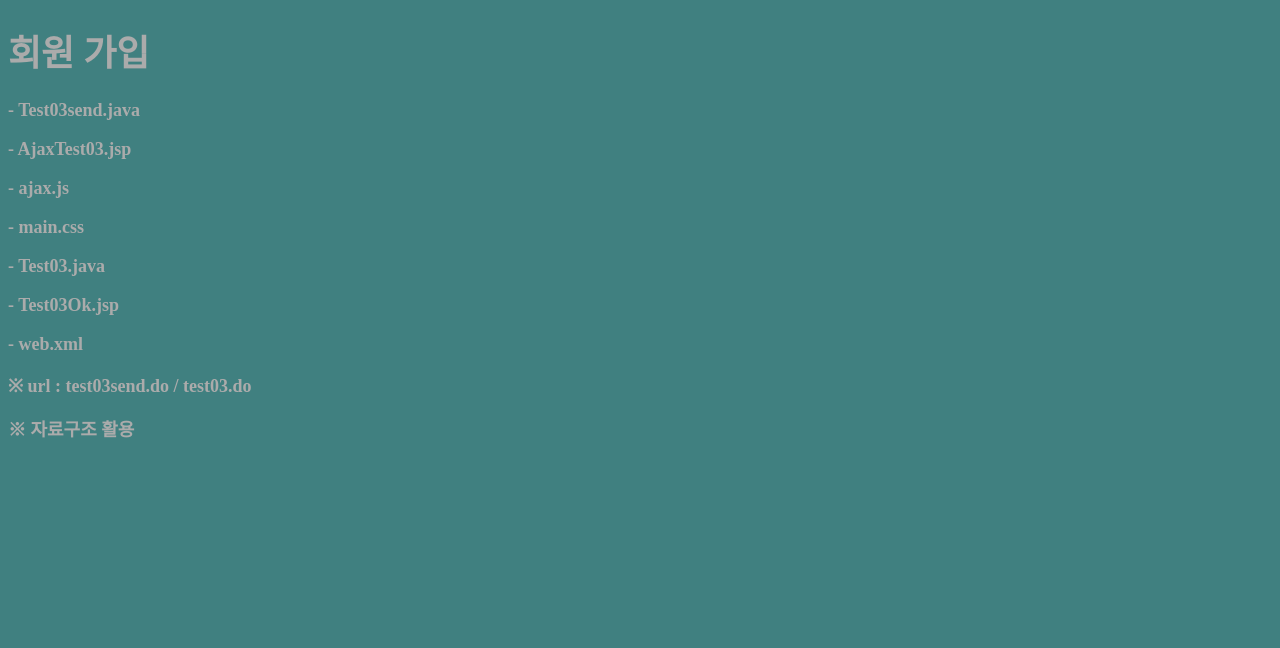
Repository: Umkimisstrong/UM_Webbb
Page: http://localhost/AjaxApp/AjaxTest03.jsp
These files come from the project's save history. The page is drawn as it stood at one moment and after the next save; the edit follows.
The browser window is 1280 px wide. The pictures show the whole page.
The page is served by Tomcat 9.

Above is the page before, as saved 2022-05-10 03:27:18.

After the next save:
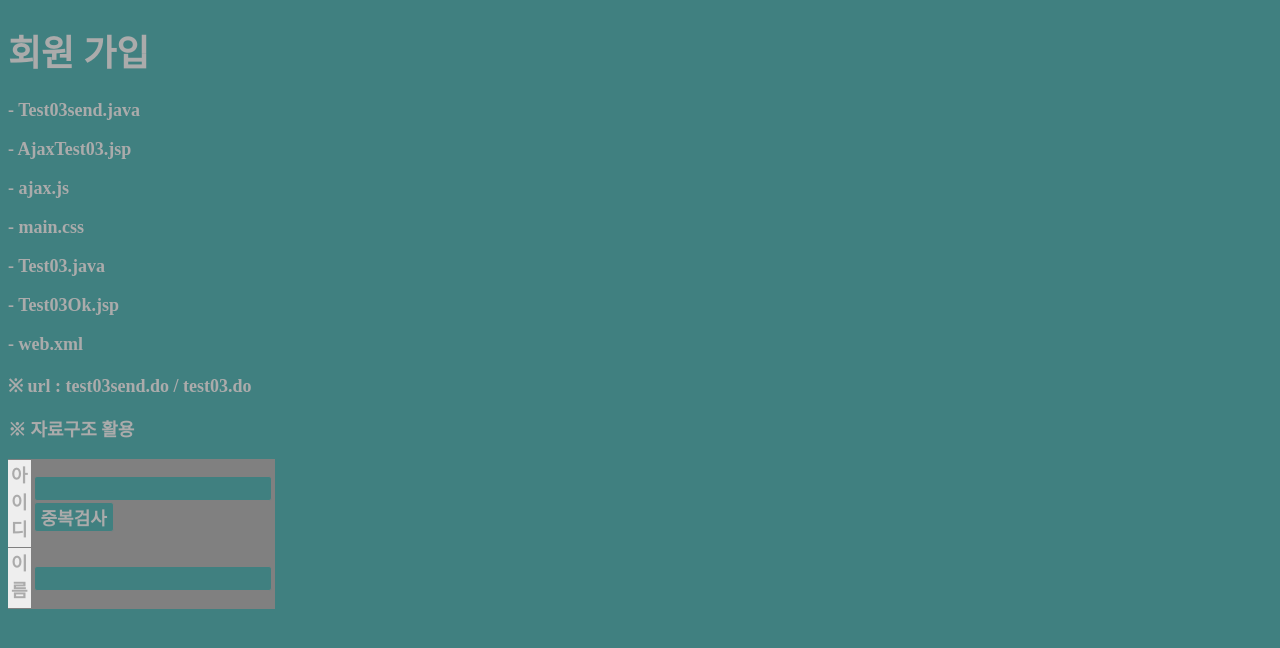
Saved 101 s later.
--- a/AjaxApp/WebContent/AjaxTest03.jsp
+++ b/AjaxApp/WebContent/AjaxTest03.jsp
@@ -27,6 +27,24 @@
 	<p> ※ 자료구조 활용</p>
 </div>
 
+<table class="table">
+	<tr>
+		<th>아이디</th>
+		<td>
+			<input type="text" id="id" class="control"/>
+			<input type="button" value="중복검사" class="control" />
+			<span id="result"></span>
+		</td>
+	</tr>
+
+	<tr>
+		<th>이름</th>
+		<td>
+			<input type="text" id="name" class="control" />
+		</td>
+	</tr>
+</table>
+
 
 
 
